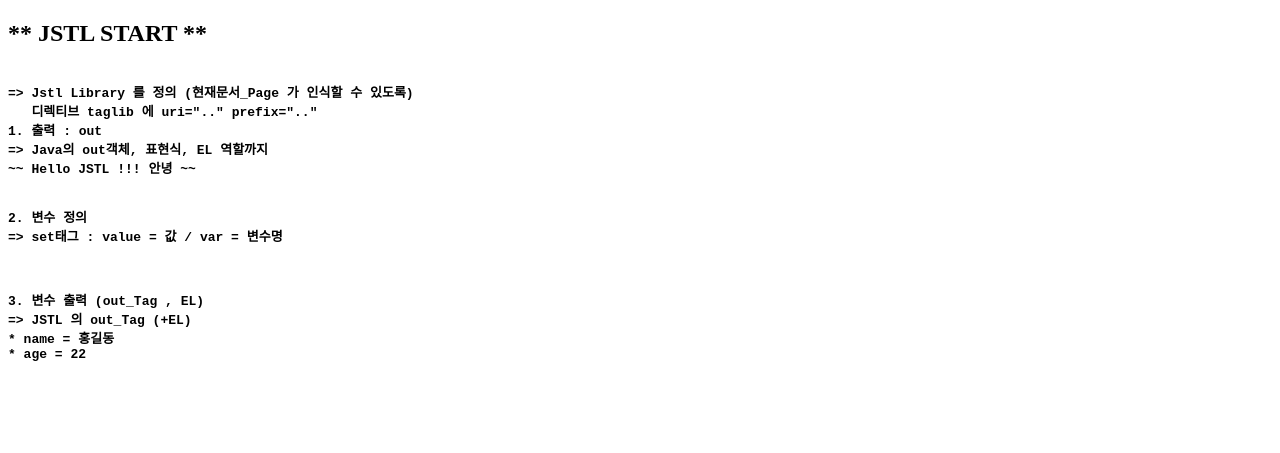
Repository: JYH94/JAVA
Page: http://localhost/web01/jsp03_jstl/ex01_jstlStart.jsp
The author's editor kept a copy of each file at every save. The page is drawn from the files as they stood at one save, then again after the next save.
The browser window is 1280 px wide. The pictures show the whole page.
The page is served by Tomcat 9. Other server files are loaded and not shown.

Above is the page before, as saved 2024-01-16 04:16:59.

### web01/src/main/webapp/jsp03_jstl/ex01_jstlStart.jsp
<%@ page language="java" contentType="text/html; charset=UTF-8"
    pageEncoding="UTF-8"%>
<%@ taglib uri="http://java.sun.com/jsp/jstl/core" prefix="c" %>
<!DOCTYPE html>
<html>
<head>
<meta charset="UTF-8">
<title>** JSTL START **</title>
</head>
<body>
<h2>** JSTL START **</h2>

<pre><b>
=> Jstl Library 를 정의 (현재문서_Page 가 인식할 수 있도록)
   디렉티브 taglib 에 uri=".." prefix=".."
1. 출력 : out
=> Java의 out객체, 표현식, EL 역할까지
<c:out value="~~ Hello JSTL !!! 안녕 ~~" />
<%-- <c:out value=""></c:out> --%>

2. 변수 정의
=> set태그 : value = 값 / var = 변수명
<c:set value="홍길동" var="name"/>
<c:set value="22" var="age"/>

3. 변수 출력 (out_Tag , EL)
=> JSTL 의 out_Tag (+EL)
* name = <c:out value="${name}" />
* age = <c:out value="${age}" />


</b></pre>


</body>
</html>

After the next save:
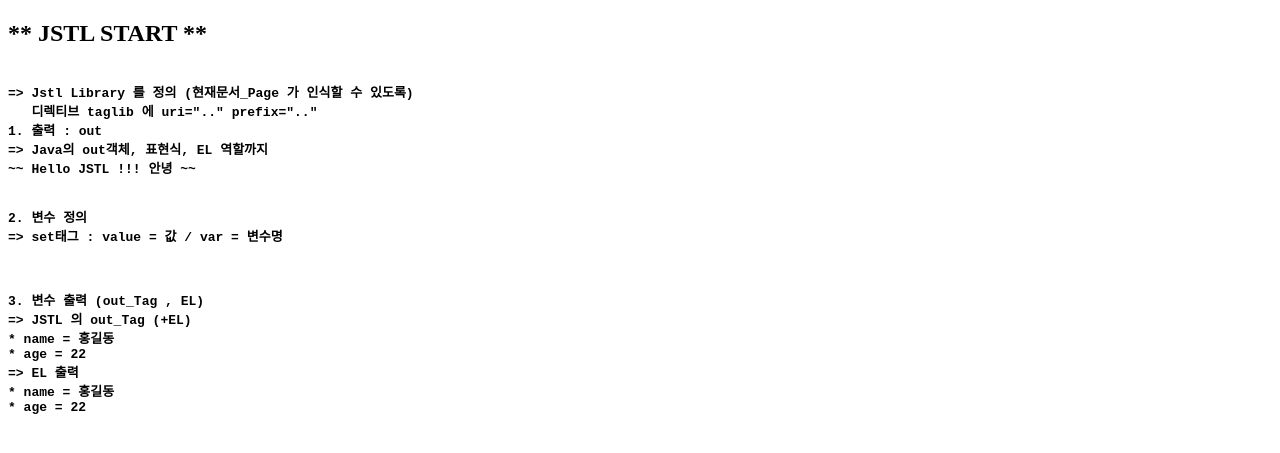
Saved 41 s later.
--- a/web01/src/main/webapp/jsp03_jstl/ex01_jstlStart.jsp
+++ b/web01/src/main/webapp/jsp03_jstl/ex01_jstlStart.jsp
@@ -27,7 +27,9 @@
 => JSTL 의 out_Tag (+EL)
 * name = <c:out value="${name}" />
 * age = <c:out value="${age}" />
-
+=> EL 출력
+* name = ${name}
+* age = ${age}
 
 </b></pre>
 
